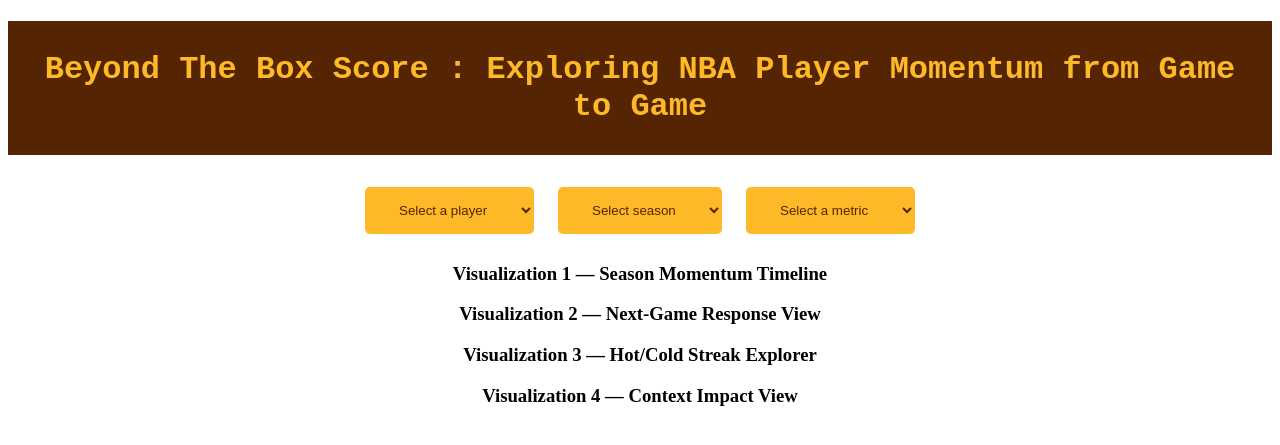
Repository: houdafatih/Data-Viz-Project
Page: index.html
An editor plug-in stored every save of this project. The page is shown before and after the next save, followed by the edit.
The browser window is 1280 px wide. The pictures show the whole page.

Above is the page before, as saved 2026-06-12 12:40:33.

### index.html
<!DOCTYPE html>
<html>
   <head>
    <meta charset="UTF-8"/>
    <title>Beyond The Box Score</title>
    <link rel="stylesheet" href="style.css" >
  </head>
  <body>
     <h1>Beyond The Box Score : Exploring NBA Player Momentum from Game to Game</h1>

     <div class="selection">
        <select id="select-player">
            <option value="">Select a player</option>
            <option value="Player1">Player1</option>
            <option value="Player2">Player2</option>
        </select>

        <select id="season-select">
            <option value="">Select season</option>
            <option value="23-24">2023-2024</option>
        </select>

        <select id="metric-select">
            <option value="">Select a metric</option>
            <option value="points">Points</option>
            <option value="fga">FGA</option>
        </select>
     </div>

     <div class="viz">
        <h3>Visualization 1 — Season Momentum Timeline</h3>
     </div>
    <div class="viz">
        <h3>Visualization 2 — Next-Game Response View</h3>
     </div>
     <div class="viz">
        <h3>Visualization 3 — Hot/Cold Streak Explorer</h3>
     </div>
     <div class="viz">
        <h3>Visualization 4 — Context Impact View</h3>
     </div>

  </body>
  <script src="https://d3js.org/d3.v7.min.js"></script>
  <script src="index.js"></script>
</html>

### style.css
body{
    padding: 0px;
}
h1{
  text-align: center;
  font-size: 2rem;
  font-family: "Courier New", Courier, monospace;
  color : #fdb927;
  background-color: #552503;
  padding: 30px;

}
.selection{
    text-align: center;
}
select{
    margin: 10px;
    padding: 15px 30px;
    border-radius: 5px;
    border: none;
    background: #fdb927;
    color:#552503;

}
select option:hover{
    background-color: #fdb927;
}
.viz{
    text-align: center;
}
h2{
    color: #552503;
    font-weight: bold;
}

Loaded but not shown: index.js (no copy from this time; the picture is the same without it)

After the next save:
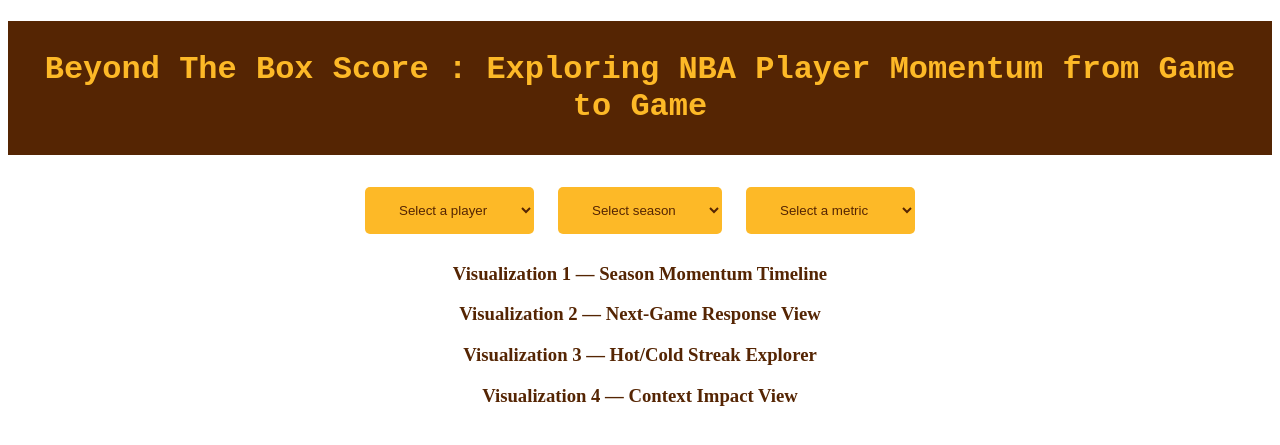
Saved 17 s later.
--- a/style.css
+++ b/style.css
@@ -28,7 +28,7 @@
 .viz{
     text-align: center;
 }
-h2{
+h3{
     color: #552503;
     font-weight: bold;
 }
